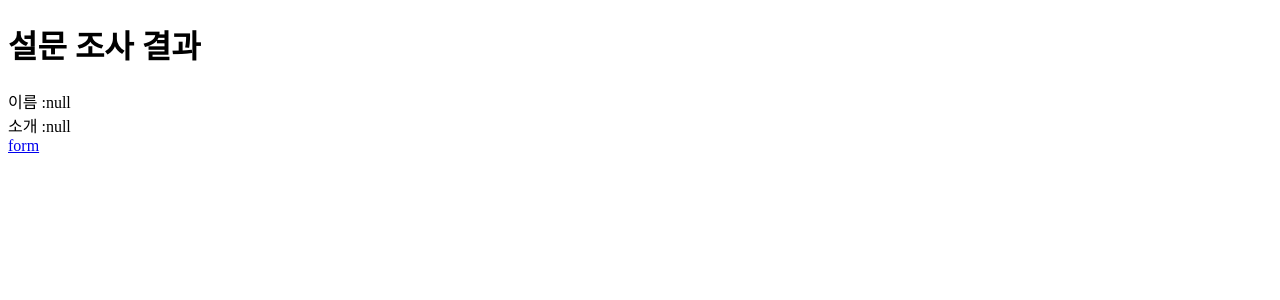
Repository: KimJaeHwan98/tomcat01
Page: http://localhost/3_req_res/quiz/ex01_result.jsp
An editor plug-in stored every save of this project. The page is shown before and after the next save, followed by the edit.
The browser window is 1280 px wide. The pictures show the whole page.
The page is served by Tomcat 9.

Above is the page before, as saved 2024-04-29 06:25:19.

### 3_req_res/src/main/webapp/quiz/ex01_result.jsp
<%@ page language="java" contentType="text/html; charset=UTF-8"
    pageEncoding="UTF-8"%>
<!DOCTYPE html>
<html>
<head>
<meta charset="UTF-8">
<title>Insert title here</title>
</head>
<body>
<%request.setCharacterEncoding("utf-8"); %>
<h1>설문 조사 결과</h1>
이름 :<%=request.getParameter("a1") %><br>
소개 :<%=request.getParameter("a2") %><br>

<a href="ex01_form.jsp">form</a>
</body>
</html>

After the next save:
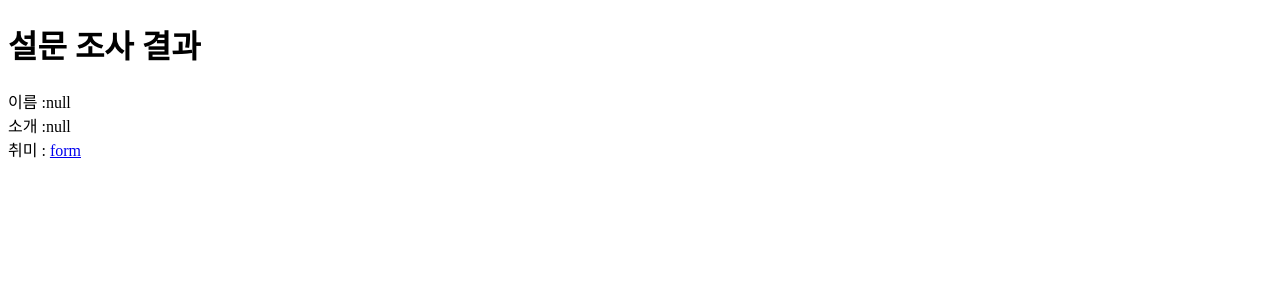
Saved 79 s later.
--- a/3_req_res/src/main/webapp/quiz/ex01_result.jsp
+++ b/3_req_res/src/main/webapp/quiz/ex01_result.jsp
@@ -11,7 +11,14 @@
 <h1>설문 조사 결과</h1>
 이름 :<%=request.getParameter("a1") %><br>
 소개 :<%=request.getParameter("a2") %><br>
+취미 : <%
+	String[] chks = request.getParameterValues("chk");
+	if(chks != null)
+	for(String s : chks) {
+		out.print(s + "<br>");
+	}
 
+	%>
 <a href="ex01_form.jsp">form</a>
 </body>
 </html>
